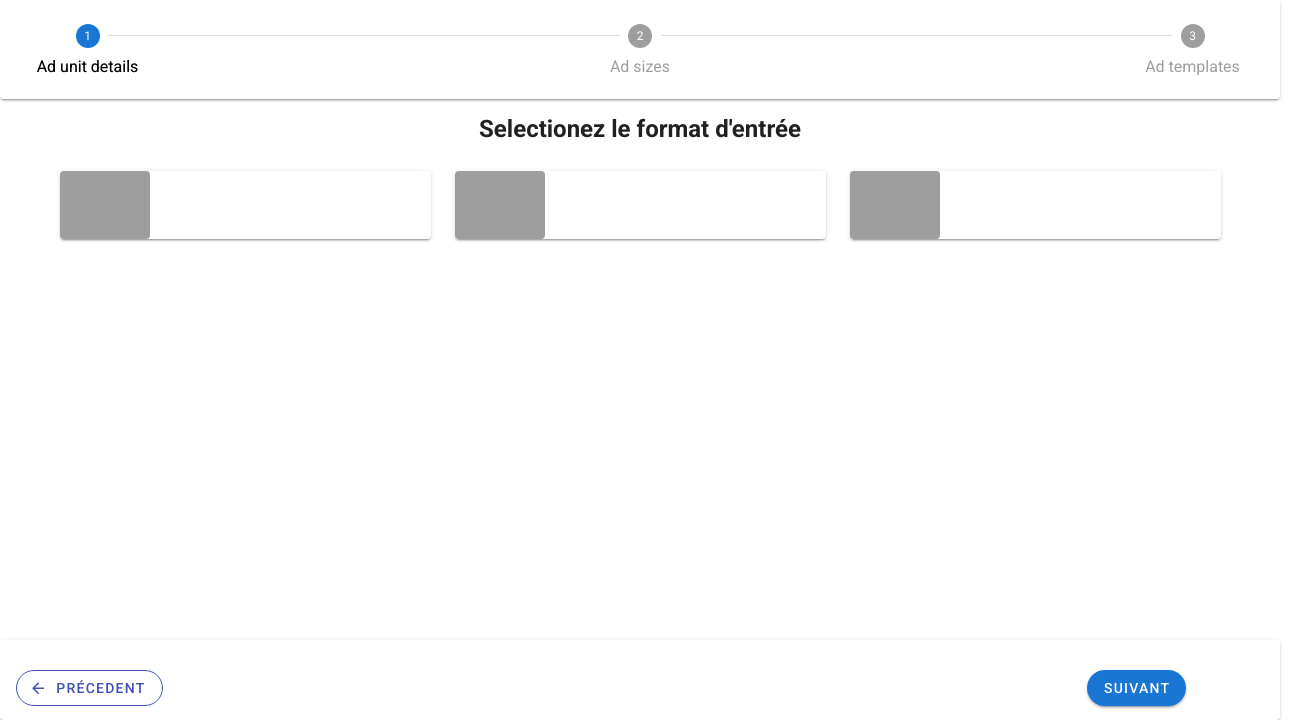
Repository: SidneyHodieb/myc
Page: /addsource/format
These files come from the project's save history. The page is drawn as it stood at one moment and after a run of saves; the edit follows.
The browser window is 1280 px wide. The page is 1292 px wide, so the pictures cover 1292 px, including what lies to the right of the window. The pictures show the whole page.
Pictures or frames that could not be fetched are drawn as grey boxes. The project was rebuilt for these pictures with package versions that can differ from the ones it lists, and the page was loaded fresh each time. Also part of the build but not shown: vue.config.js, src/views/Home.vue, src/views/addSource/components/card.vue, src/views/addSource/components/trigger.vue.

Above is the page before, as saved 2021-04-03 20:06:31.

### src/App.vue
<template>
  <v-app>
    <v-main>
      <router-view></router-view>
    </v-main>
  </v-app>
</template>

<script>

export default {
  name: 'App',
  data: () => ({
    //
  }),
};
</script>

### src/router/index.js
import Vue from 'vue'
import VueRouter from 'vue-router'
import Home from '../views/Home.vue'
import addSource from '../views/addSource/column'
import format from '../views/addSource/components/format'
import card from '../views/addSource/components/card'
import trigger from '../views/addSource/components/trigger'

Vue.use(VueRouter)

const routes = [
  {
    path: '/',
    name: 'Home',
    component: Home
  },
  {
    path: '/addsource',
    name: 'addSource',
    component: addSource,
    children: [
      {
        path: 'format',
        component: format
      },
      {
        path: 'card',
        component: card
      },
      {
        path: 'trigger',
        component: trigger
      }
    ]
  },
  {
    path: '/about',
    name: 'About',
    // route level code-splitting
    // this generates a separate chunk (about.[hash].js) for this route
    // which is lazy-loaded when the route is visited.
    component: function () {
      return import(/* webpackChunkName: "about" */ '../views/About.vue')
    }
  }
]

const router = new VueRouter({
  mode: 'history',
  base: process.env.BASE_URL,
  routes
})

export default router

### src/views/addSource/column.vue
<template>
  <div>
    <!-- Header -->
      <v-stepper alt-labels>
          <v-stepper-header>
            <v-stepper-step step="1">
              Ad unit details
            </v-stepper-step>

            <v-divider></v-divider>

            <v-stepper-step step="2">
              Ad sizes
            </v-stepper-step>

            <v-divider></v-divider>

            <v-stepper-step step="3">
              Ad templates
            </v-stepper-step>
          </v-stepper-header>
        </v-stepper>

        <!-- Content -->
        <router-view></router-view>
        <!--Footer  -->

<v-card class="card-bottom">

    <v-row>
       <v-col>
       <v-btn
       class="ml-4"
      rounded
      outlined
      color="indigo"
    >
     <v-icon left>
        mdi-arrow-left
      </v-icon>
      Précedent
    </v-btn>
       </v-col>

  <v-col offset-md="8" offset-sm="8">
      <v-btn
      rounded
      color="primary"
      dark
    >
      Suivant
    </v-btn>
      </v-col>
      </v-row>
    </v-card>

  </div>
</template>

<script>
export default {

}
</script>

<style lang="scss" scoped>

.card-bottom{
  position: absolute;bottom: 0;width:100%; height: 50px; padding-bottom:50px; padding-top:30px
}

</style>

### src/views/addSource/components/format.vue
<template>
  <v-container grid-list-md>
    <v-row>
      <v-col md="12" sm="12" class="text-center">
        <h2>Selectionez le format d'entrée</h2>
      </v-col>
      <v-col>
        <v-card>
          <v-img
           width="90"
            src="https://www.flaticon.com/svg/vstatic/svg/786/786788.svg?token=exp=1617473650~hmac=f02174a0ee444bdd71a855da4ad95c3d"
        ></v-img>
        </v-card>
      </v-col>
      <v-col>
        <v-card>
          <v-img
           width="90"
            src="https://www.flaticon.com/svg/vstatic/svg/786/786788.svg?token=exp=1617473650~hmac=f02174a0ee444bdd71a855da4ad95c3d"
        ></v-img>
        </v-card>
      </v-col>
      <v-col>
        <v-card>
          <v-img
           width="90"
            src="https://www.flaticon.com/svg/vstatic/svg/786/786788.svg?token=exp=1617473650~hmac=f02174a0ee444bdd71a855da4ad95c3d"
        ></v-img>
        </v-card>
      </v-col>
    </v-row>
  </v-container>
</template>

<script>
export default {

}
</script>

<style>

</style>

Loaded but not shown: public/index.html (common file); src/main.js (common file); src/store/index.js (common file); src/plugins/vuetify.js (common file)

After the next 3 saves:
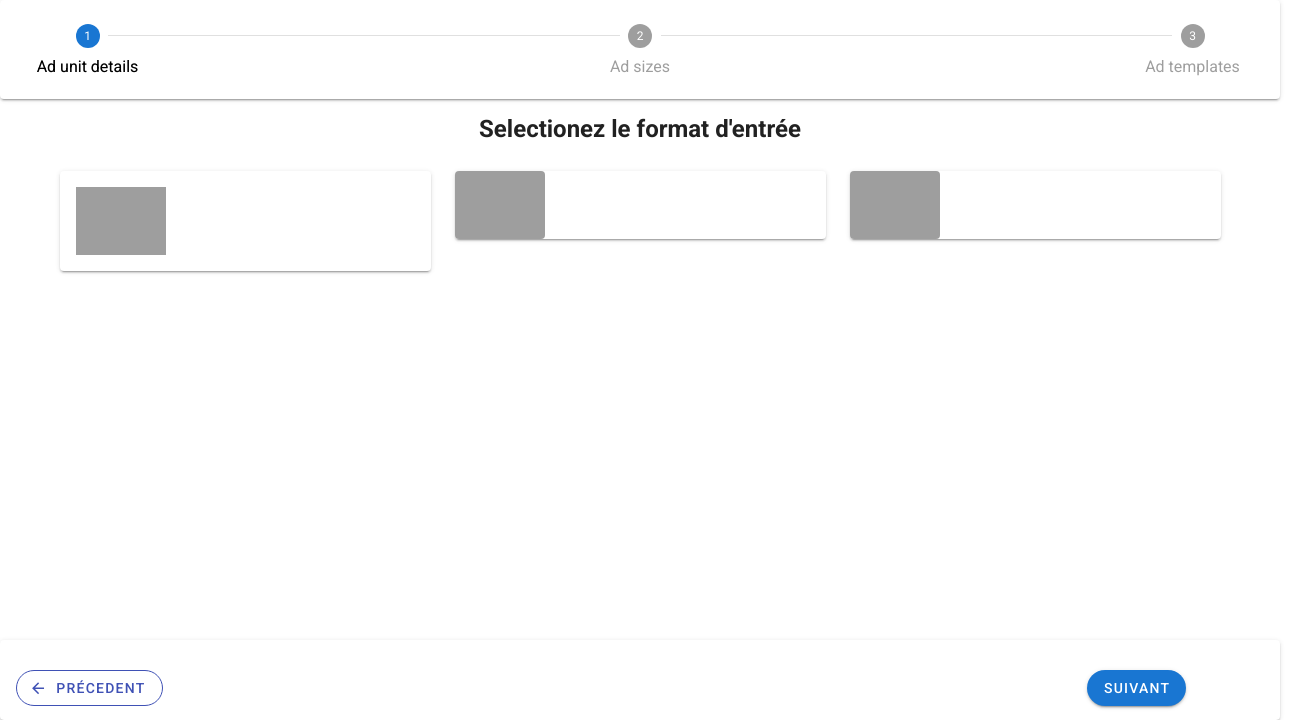
The 3 saves are shown as one change because 1 did not build or start and some came seconds apart.
The last was saved 113 s later.
--- a/src/views/addSource/components/format.vue
+++ b/src/views/addSource/components/format.vue
@@ -6,10 +6,12 @@
       </v-col>
       <v-col>
         <v-card>
+          <v-card-text>
           <v-img
            width="90"
             src="https://www.flaticon.com/svg/vstatic/svg/786/786788.svg?token=exp=1617473650~hmac=f02174a0ee444bdd71a855da4ad95c3d"
         ></v-img>
+         </v-card-text>
         </v-card>
       </v-col>
       <v-col>
@@ -26,6 +28,7 @@
            width="90"
             src="https://www.flaticon.com/svg/vstatic/svg/786/786788.svg?token=exp=1617473650~hmac=f02174a0ee444bdd71a855da4ad95c3d"
         ></v-img>
+
         </v-card>
       </v-col>
     </v-row>
